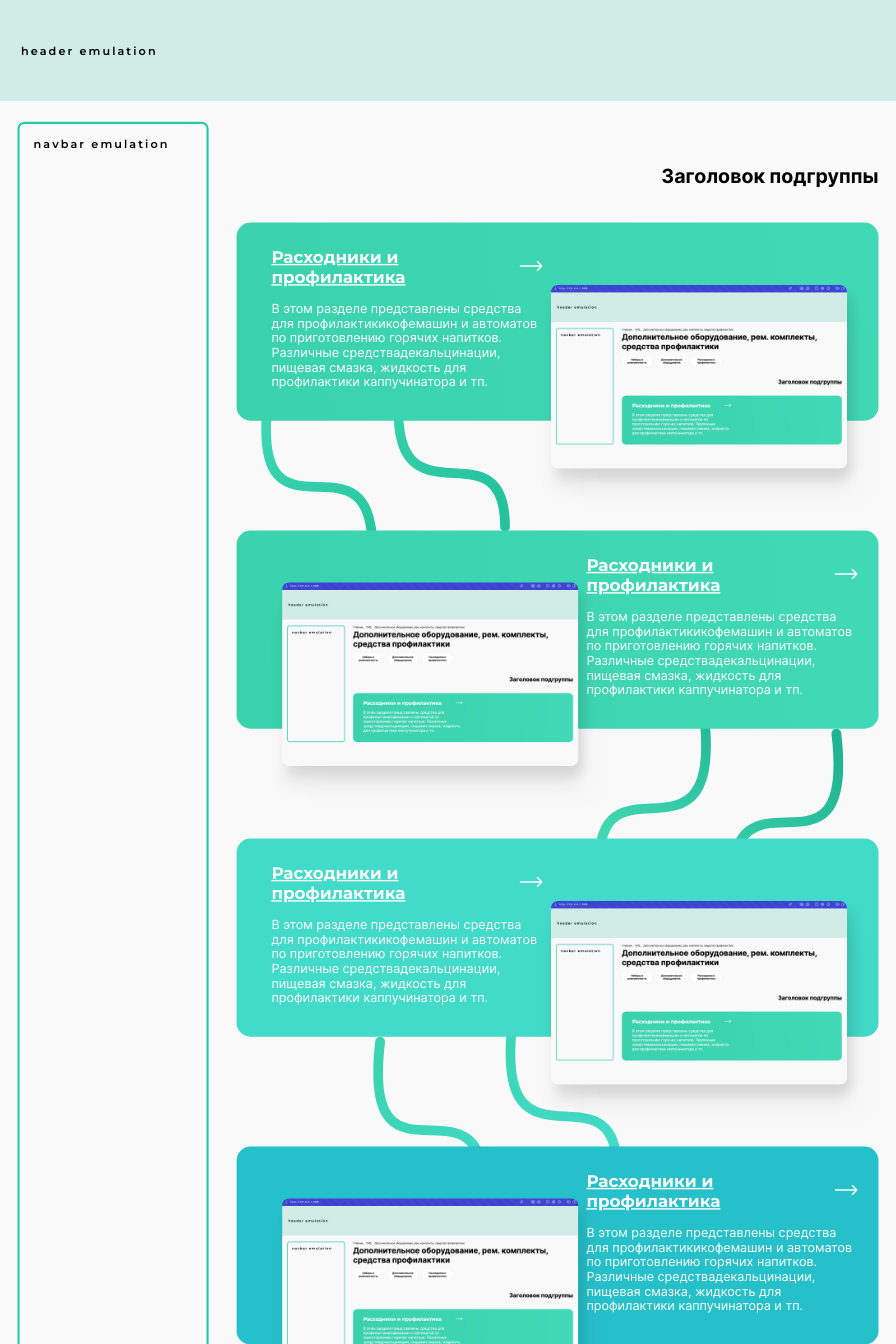
Repository: axonde/venpart-faq-pages
Page: index.html
The author's editor kept a copy of each file at every save. The page is drawn from the files as they stood at one save, then again after the next save.
The browser window is 1280 px wide. The pictures show the part of the page from y = 0 to 1920 px (the page is 2635 px tall), at 70% of full size.

Above is the page before, as saved 2024-02-28 20:08:27.

After the next save:
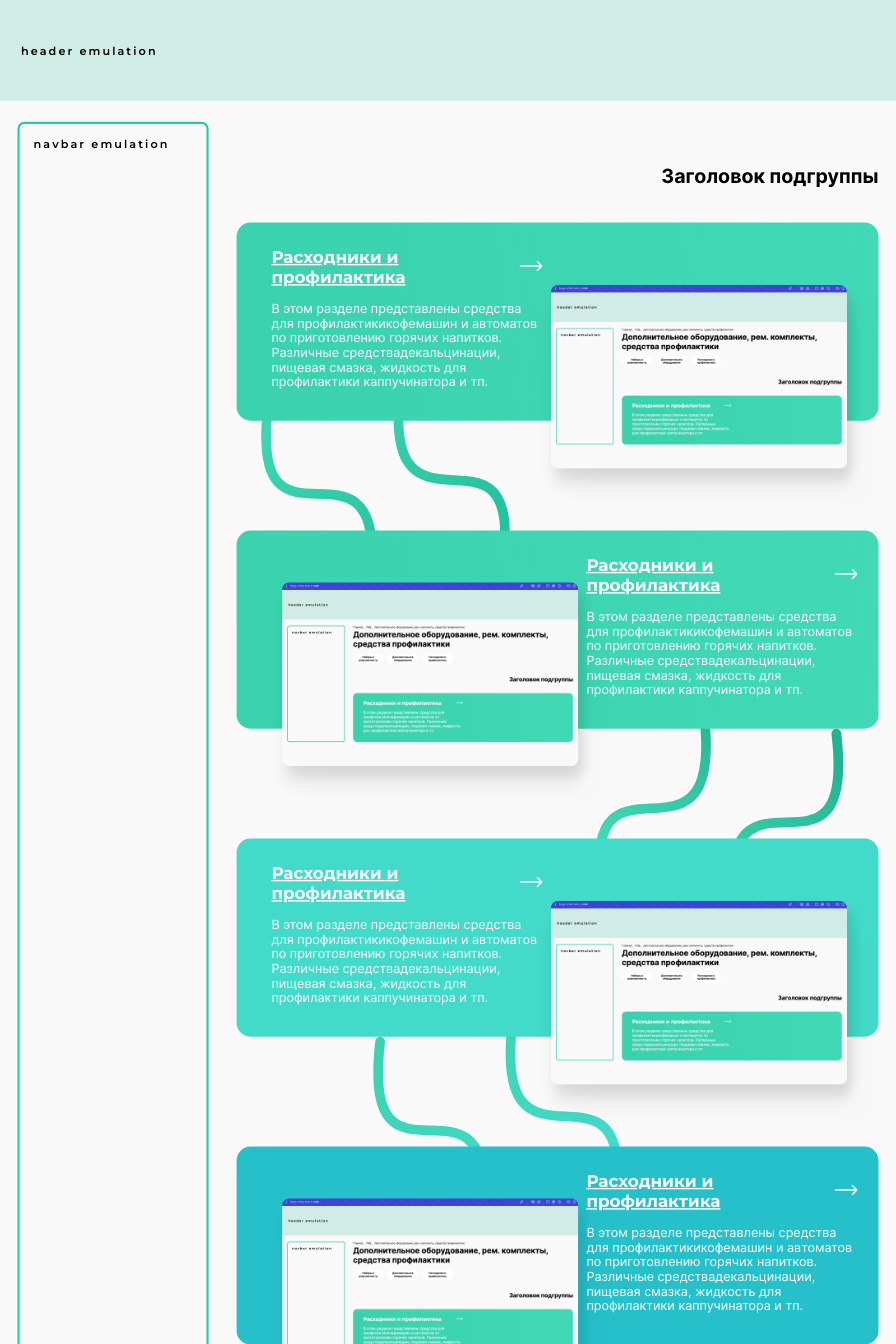
Saved 5 s later.
--- a/style.css
+++ b/style.css
@@ -569,7 +569,7 @@ scrollbar-width: none; /* Firefox */}
 	width: 356px;
 	height: 286px;
 	position: absolute;
-	bottom: -190px;
+	bottom: -200px;
 	left: 35px;
 	z-index: -1;}
 .faq__item:nth-child(2n)::after {
